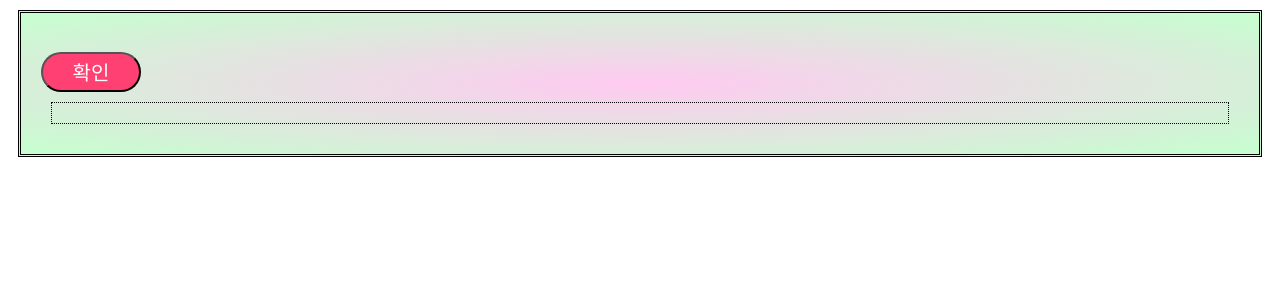
Repository: choidazzi/DDIT
Page: web programming/html/webpro/src/main/webapp/0509/배열문제.html
These files come from the project's save history. The page is drawn as it stood at one moment and after the next save; the edit follows.
The browser window is 1280 px wide. The pictures show the whole page.

Above is the page before, as saved 2023-05-09 02:17:47.

After the next save:
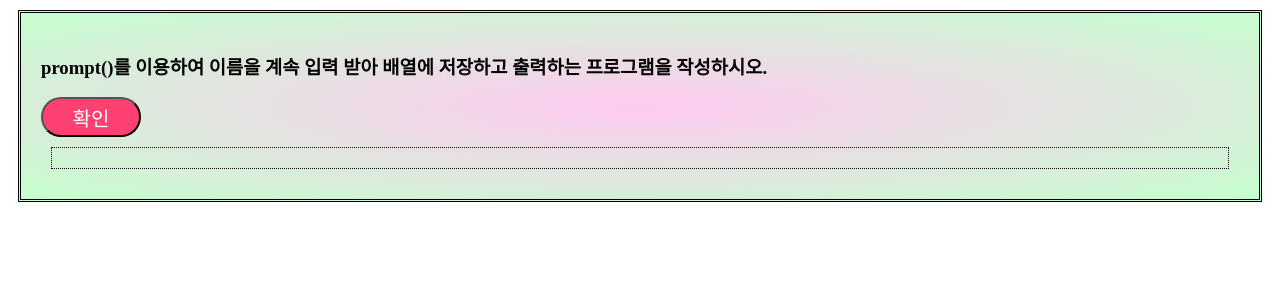
Saved 85 s later.
--- a/web programming/html/webpro/src/main/webapp/0509/배열문제.html
+++ b/web programming/html/webpro/src/main/webapp/0509/배열문제.html
@@ -7,7 +7,7 @@
 </head>
 <body>
 <div class="box">
-<h3></h3>
+<h3>prompt()를 이용하여 이름을 계속 입력 받아 배열에 저장하고 출력하는 프로그램을 작성하시오.</h3>
 
 <input type="button" onclick="proc1()" value ="확인">
 <div id="result1" class="result"></div>
